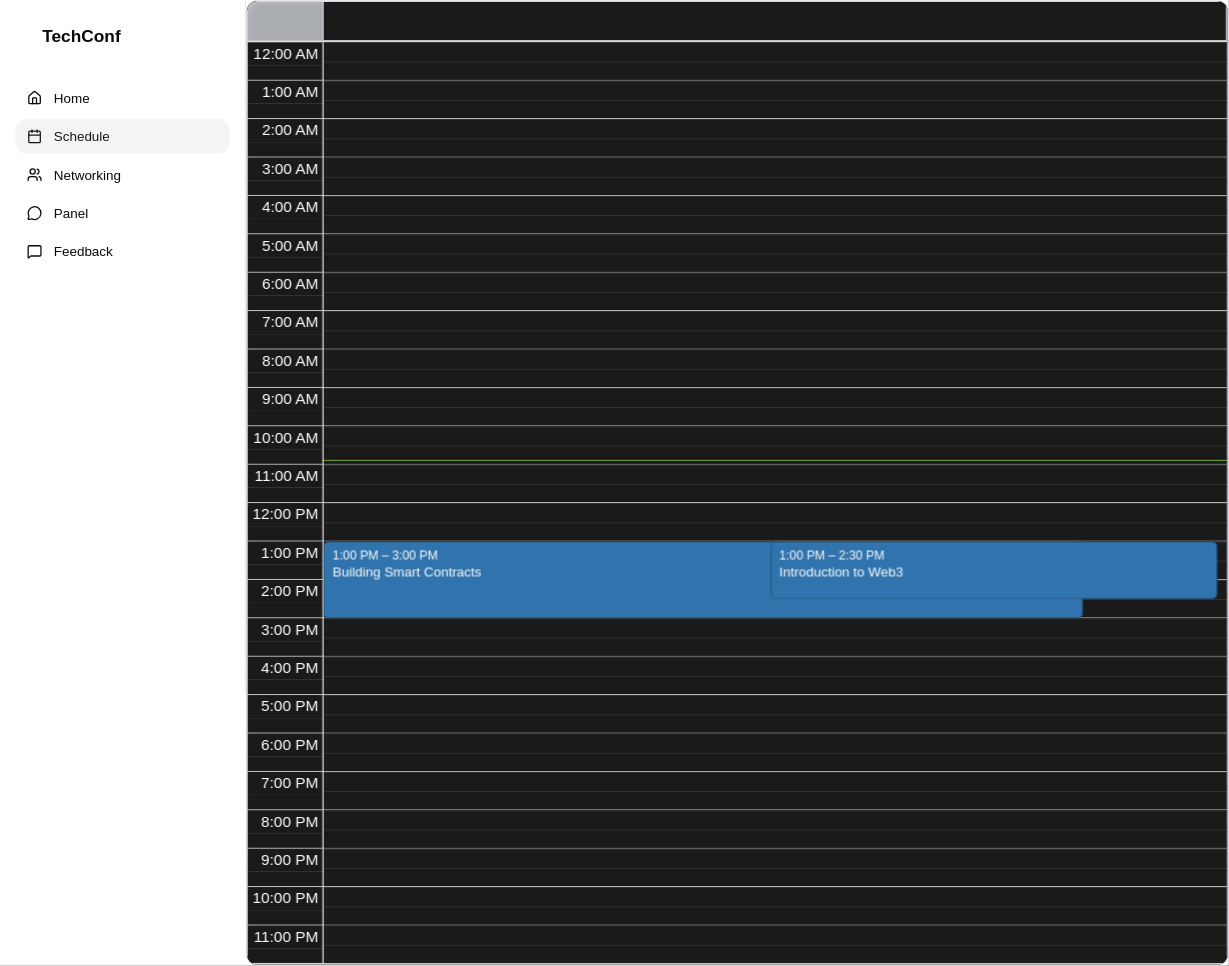
Repository: mrnavdal/symposium-2024
Page: /schedule (app in symposium24/)
These files come from the project's save history. The page is drawn as it stood at one moment and after the next save; the edit follows.
The browser window is 1280 px wide. The pictures show the whole page, at 96% of full size.
The project was rebuilt for these pictures with package versions that can differ from the ones it lists, and the page was loaded fresh each time. The framework's server and built-in components were replaced by stand-ins that run in the browser. Also part of the build but not shown: symposium24/next.config.ts.

Above is the page before, as saved 2024-11-08 13:42:05.

### symposium24/src/app/layout.tsx
import type { Metadata } from "next";
import localFont from "next/font/local";
import { ThemeProvider } from "@/components/ThemeProvider";
import { Navigation } from "@/components/Navigation";
import "./globals.css";
import '@/styles/calendar.css'

const geistSans = localFont({
  src: "./fonts/GeistVF.woff",
  variable: "--font-geist-sans",
  weight: "100 900",
});
const geistMono = localFont({
  src: "./fonts/GeistMonoVF.woff",
  variable: "--font-geist-mono",
  weight: "100 900",
});

export const metadata: Metadata = {
  title: "TechConf 2024",
  description: "Conference schedule and information",
};

export default function RootLayout({
  children,
}: Readonly<{
  children: React.ReactNode;
}>) {
  return (
    <html lang="en" suppressHydrationWarning>
      <body
        className={`${geistSans.variable} ${geistMono.variable} antialiased min-h-screen`}
      >
        <ThemeProvider
          attribute="class"
          defaultTheme="system"
          enableSystem
          disableTransitionOnChange
        >
          <Navigation />
          <main className="pb-16 md:pb-0 md:pl-64">
            {children}
          </main>
        </ThemeProvider>
      </body>
    </html>
  );
}

### symposium24/src/app/schedule/page.tsx
import { Calendar } from '@/components/Calendar'
import { PageTransition } from '@/components/PageTransition'
import { events } from '@/data/events'

export default function SchedulePage() {
  return (
    <PageTransition>

        <div className="h-full rounded-lg overflow-hidden border bg-card/50">
          <Calendar events={events} />
        </div>

    </PageTransition>
  )
}

### symposium24/src/components/ThemeProvider.tsx
'use client'

import * as React from 'react'
import { ThemeProvider as NextThemesProvider } from 'next-themes'

interface ThemeProviderProps {
  children: React.ReactNode
  attribute?: string
  defaultTheme?: string
  enableSystem?: boolean
  disableTransitionOnChange?: boolean
}

export function ThemeProvider({
  children,
  attribute,
  defaultTheme,
  enableSystem,
  disableTransitionOnChange,
}: ThemeProviderProps) {
  return (
    <NextThemesProvider
      attribute={attribute as 'class' | 'data-theme'}
      defaultTheme={defaultTheme}
      enableSystem={enableSystem}
      disableTransitionOnChange={disableTransitionOnChange}
    >
      {children}
    </NextThemesProvider>
  )
}

### symposium24/src/components/Navigation.tsx
'use client'

import { usePathname } from 'next/navigation'
import Link from 'next/link'
import { cn } from '@/lib/utils'
import {
  Home,
  Calendar,
  Users,
  MessageCircle,
  MessageSquare,
  LucideIcon
} from 'lucide-react'

interface NavItem {
  href: string
  label: string
  icon: LucideIcon
}

const navItems: NavItem[] = [
  { href: '/', label: 'Home', icon: Home },
  { href: '/schedule', label: 'Schedule', icon: Calendar },
  { href: '/networking', label: 'Networking', icon: Users },
  { href: '/discussion', label: 'Panel', icon: MessageCircle },
  { href: '/feedback', label: 'Feedback', icon: MessageSquare },
]

export function Navigation() {
  const pathname = usePathname()

  return (
    <>
      {/* Desktop Side Navigation */}
      <nav className="hidden md:flex fixed left-0 top-0 h-screen w-64 border-r bg-background p-4">
        <div className="space-y-4 w-full">
          <div className="px-3 py-2">
            <h2 className="mb-2 px-4 text-lg font-semibold">TechConf</h2>
          </div>
          <div className="space-y-1">
            {navItems.map((item) => (
              <Link
                key={item.href}
                href={item.href}
                className={cn(
                  'flex items-center gap-3 rounded-lg px-3 py-2 text-sm transition-colors',
                  pathname === item.href
                    ? 'bg-secondary text-secondary-foreground'
                    : 'hover:bg-secondary/80'
                )}
              >
                <item.icon className="h-4 w-4" />
                {item.label}
              </Link>
            ))}
          </div>
        </div>
      </nav>

      {/* Mobile Bottom Navigation */}
      <nav className="md:hidden fixed bottom-0 left-0 right-0 border-t bg-background z-50">
        <div className="flex items-center justify-around">
          {navItems.map((item) => (
            <Link
              key={item.href}
              href={item.href}
              className={cn(
                'flex flex-col items-center gap-1 p-3 text-xs',
                pathname === item.href
                  ? 'text-primary'
                  : 'text-muted-foreground'
              )}
            >
              <item.icon className="h-5 w-5" />
              <span>{item.label}</span>
            </Link>
          ))}
        </div>
      </nav>

      {/* Content Padding for Mobile Bottom Nav */}
      <div className="pb-16 md:pb-0 md:pl-64">
        {/* This div wraps the main content to provide padding */}
      </div>
    </>
  )
}

### symposium24/src/app/globals.css
@tailwind base;
@tailwind components;
@tailwind utilities;

body {
  font-family: Arial, Helvetica, sans-serif;
}

@layer base {
  :root {
    --background: 0 0% 100%;
    --foreground: 240 10% 3.9%;
    --card: 0 0% 100%;
    --card-foreground: 240 10% 3.9%;
    --popover: 0 0% 100%;
    --popover-foreground: 240 10% 3.9%;
    --primary: 240 5.9% 10%;
    --primary-foreground: 0 0% 98%;
    --secondary: 240 4.8% 95.9%;
    --secondary-foreground: 240 5.9% 10%;
    --muted: 240 4.8% 95.9%;
    --muted-foreground: 240 3.8% 46.1%;
    --accent: 240 4.8% 95.9%;
    --accent-foreground: 240 5.9% 10%;
    --destructive: 0 84.2% 60.2%;
    --destructive-foreground: 0 0% 98%;
    --border: 240 5.9% 90%;
    --input: 240 5.9% 90%;
    --ring: 240 5.9% 10%;
    --chart-1: 12 76% 61%;
    --chart-2: 173 58% 39%;
    --chart-3: 197 37% 24%;
    --chart-4: 43 74% 66%;
    --chart-5: 27 87% 67%;
    --radius: 0.75rem;
  }
  .dark {
    --background: 240 10% 3.9%;
    --foreground: 0 0% 98%;
    --card: 240 10% 3.9%;
    --card-foreground: 0 0% 98%;
    --popover: 240 10% 3.9%;
    --popover-foreground: 0 0% 98%;
    --primary: 0 0% 98%;
    --primary-foreground: 240 5.9% 10%;
    --secondary: 240 3.7% 15.9%;
    --secondary-foreground: 0 0% 98%;
    --muted: 240 3.7% 15.9%;
    --muted-foreground: 240 5% 64.9%;
    --accent: 240 3.7% 15.9%;
    --accent-foreground: 0 0% 98%;
    --destructive: 0 62.8% 30.6%;
    --destructive-foreground: 0 0% 98%;
    --border: 240 3.7% 15.9%;
    --input: 240 3.7% 15.9%;
    --ring: 240 4.9% 83.9%;
    --chart-1: 220 70% 50%;
    --chart-2: 160 60% 45%;
    --chart-3: 30 80% 55%;
    --chart-4: 280 65% 60%;
    --chart-5: 340 75% 55%;
  }
}

@layer base {
  * {
    @apply border-border;
  }
  body {
    @apply bg-background text-foreground;
  }
}

### symposium24/src/styles/calendar.css
/* Dark mode styles */
.rbc-calendar-dark {
  @apply text-white;
}

.rbc-calendar-dark .rbc-header {
  @apply bg-muted/50 border-border text-muted-foreground font-medium;
}

.rbc-calendar-dark .rbc-time-view {
  @apply border-border bg-card/50 backdrop-blur-sm;
}

.rbc-calendar-dark .rbc-time-header {
  @apply bg-muted/50 border-border;
}

.rbc-calendar-dark .rbc-time-content {
  @apply border-border;
}

.rbc-calendar-dark .rbc-time-slot {
  @apply text-muted-foreground;
}

.rbc-calendar-dark .rbc-today {
  @apply bg-muted/50;
}

.rbc-calendar-dark .rbc-current-time-indicator {
  @apply bg-primary;
}

/* General styles */
.rbc-header {
  @apply py-3 font-medium text-muted-foreground border-border bg-muted/30;
}

.rbc-time-view {
  @apply border-border bg-card/50 backdrop-blur-sm;
}

.rbc-time-header {
  @apply border-border bg-muted/30;
}

.rbc-time-content {
  @apply border-border;
}

.rbc-event {
  @apply rounded-md border shadow-sm;
}

.rbc-event-content {
  @apply text-sm font-medium;
}

.rbc-today {
  @apply bg-muted/30;
}

.rbc-current-time-indicator {
  @apply bg-primary;
}

.rbc-toolbar {
  @apply mb-4;
}

.rbc-toolbar button {
  @apply rounded-md border-border bg-card hover:bg-muted/50 transition-colors;
}

.rbc-toolbar button.rbc-active {
  @apply bg-primary text-primary-foreground hover:bg-primary/90;
}

.rbc-time-slot {
  @apply text-muted-foreground;
}

### symposium24/src/components/Calendar.tsx
'use client'

import { Calendar as BigCalendar, momentLocalizer, View } from 'react-big-calendar'
import moment from 'moment'
import { CalendarEvent } from '@/types/event'
import { cn } from '@/lib/utils'
import { useTheme } from 'next-themes'
import { useMemo } from 'react'

import 'react-big-calendar/lib/css/react-big-calendar.css'

const localizer = momentLocalizer(moment)

const eventStyleGetter = (event: CalendarEvent) => {
  const isPast = moment(event.end).isBefore(moment())
  const isOngoing = moment().isBetween(event.start, event.end)

  const baseStyle = {
    workshop: 'bg-blue-500/90 hover:bg-blue-600 border-blue-600',
    lecture: 'bg-green-500/90 hover:bg-green-600 border-green-600',
    networking: 'bg-purple-500/90 hover:bg-purple-600 border-purple-600'
  }[event.type]

  return {
    className: cn(
      baseStyle,
      'rounded-md border backdrop-blur-sm transition-colors',
      isPast && 'opacity-50 hover:opacity-70',
      isOngoing && 'ring-2 ring-yellow-400/50 shadow-lg'
    ),
    style: {
      padding: '4px 8px',
    }
  }
}

interface CalendarProps {
  events: CalendarEvent[]
}
export function Calendar({ events }: CalendarProps) {
  const { theme } = useTheme()

  console.log('Calendar events:', events)

  const calendarProps = useMemo(() => ({
    className: cn(
      'h-[700px] md:h-[800px] bg-gray-900',
      theme === 'dark' && 'rbc-calendar-dark',
    ),
    localizer,
    events,
    defaultView: 'day' as View,
    views: ['day'] as View[],
    step: 30,
    timeslots: 2,
    eventPropGetter: eventStyleGetter,
    tooltipAccessor: (event: CalendarEvent) =>
      `${event.title}\nLocation: ${event.location}\nSpeaker: ${event.speaker}`,
    dayPropGetter: () => ({
      style: {
        backgroundColor: theme === 'dark' ? '#121212' : '#1a1a1a',
        color: theme === 'dark' ? '#e5e5e5' : '#fff'
      }
    }),
    slotPropGetter: () => ({
      style: {
        backgroundColor: theme === 'dark' ? '#121212' : '#1a1a1a',
        borderColor: theme === 'dark' ? '#2a2a2a' : '#333',
        color: theme === 'dark' ? '#e5e5e5' : '#fff'
      }
    }),
    toolbar: false
  }), [events, theme])

  return <BigCalendar {...calendarProps} />
}

### symposium24/src/components/PageTransition.tsx
'use client'

import { motion } from 'framer-motion'
import { fadeIn } from '@/lib/animations'

interface PageTransitionProps {
  children: React.ReactNode
  className?: string
}

export function PageTransition({ children, className }: PageTransitionProps) {
  return (
    <motion.div
      variants={fadeIn}
      initial="initial"
      animate="animate"
      exit="exit"
      className={className}
    >
      {children}
    </motion.div>
  )
}

### symposium24/src/data/events.ts
import { CalendarEvent } from '@/types/event'

export const events: CalendarEvent[] = [
  {
    id: '1',
    title: 'Introduction to Web3',
    type: 'lecture',
    start: new Date(2024, 10, 8, 13, 0),
    end: new Date(2024, 10, 8, 14, 30),
    speaker: 'Jane Smith',
    location: 'Main Hall',
    description: 'An overview of Web3 technologies and their impact on the future of the internet.'
  },
  {
    id: '2',
    title: 'Building Smart Contracts',
    type: 'workshop',
    start: new Date(2024, 10, 8, 13, 0),
    end: new Date(2024, 10, 8, 15, 0),
    speaker: 'John Doe',
    location: 'Workshop Room A',
    description: 'Hands-on workshop on creating and deploying smart contracts.'
  },
  {
    id: '3',
    title: 'Networking Lunch',
    type: 'networking',
    start: new Date(2024, 3, 15, 12, 0),
    end: new Date(2024, 3, 15, 13, 0),
    speaker: '',
    location: 'Dining Hall',
    description: 'Network with fellow attendees over lunch.'
  }
]

### symposium24/src/lib/animations.ts
export const fadeIn = {
  initial: { opacity: 0, y: 20 },
  animate: { opacity: 1, y: 0 },
  exit: { opacity: 0, y: 20 }
}

export const staggerContainer = {
  animate: {
    transition: {
      staggerChildren: 0.1
    }
  }
}

export const slideIn = {
  initial: { x: -20, opacity: 0 },
  animate: { x: 0, opacity: 1 },
  exit: { x: 20, opacity: 0 }
}

export const scaleIn = {
  initial: { scale: 0.9, opacity: 0 },
  animate: { scale: 1, opacity: 1 },
  exit: { scale: 0.9, opacity: 0 }
}

### symposium24/tailwind.config.ts
import type { Config } from "tailwindcss";

export default {
    darkMode: ["class"],
    content: [
    "./src/pages/**/*.{js,ts,jsx,tsx,mdx}",
    "./src/components/**/*.{js,ts,jsx,tsx,mdx}",
    "./src/app/**/*.{js,ts,jsx,tsx,mdx}",
  ],
  theme: {
  	extend: {
  		colors: {
  			background: 'hsl(var(--background))',
  			foreground: 'hsl(var(--foreground))',
  			card: {
  				DEFAULT: 'hsl(var(--card))',
  				foreground: 'hsl(var(--card-foreground))'
  			},
  			popover: {
  				DEFAULT: 'hsl(var(--popover))',
  				foreground: 'hsl(var(--popover-foreground))'
  			},
  			primary: {
  				DEFAULT: 'hsl(var(--primary))',
  				foreground: 'hsl(var(--primary-foreground))'
  			},
  			secondary: {
  				DEFAULT: 'hsl(var(--secondary))',
  				foreground: 'hsl(var(--secondary-foreground))'
  			},
  			muted: {
  				DEFAULT: 'hsl(var(--muted))',
  				foreground: 'hsl(var(--muted-foreground))'
  			},
  			accent: {
  				DEFAULT: 'hsl(var(--accent))',
  				foreground: 'hsl(var(--accent-foreground))'
  			},
  			destructive: {
  				DEFAULT: 'hsl(var(--destructive))',
  				foreground: 'hsl(var(--destructive-foreground))'
  			},
  			border: 'hsl(var(--border))',
  			input: 'hsl(var(--input))',
  			ring: 'hsl(var(--ring))',
  			chart: {
  				'1': 'hsl(var(--chart-1))',
  				'2': 'hsl(var(--chart-2))',
  				'3': 'hsl(var(--chart-3))',
  				'4': 'hsl(var(--chart-4))',
  				'5': 'hsl(var(--chart-5))'
  			}
  		},
  		borderRadius: {
  			lg: 'var(--radius)',
  			md: 'calc(var(--radius) - 2px)',
  			sm: 'calc(var(--radius) - 4px)'
  		}
  	}
  },
  plugins: [
    require("tailwindcss-animate"),
    require('@tailwindcss/typography'),
  ],
} satisfies Config;

Loaded but not shown: symposium24/src/lib/utils.ts (common file)

After the next save:
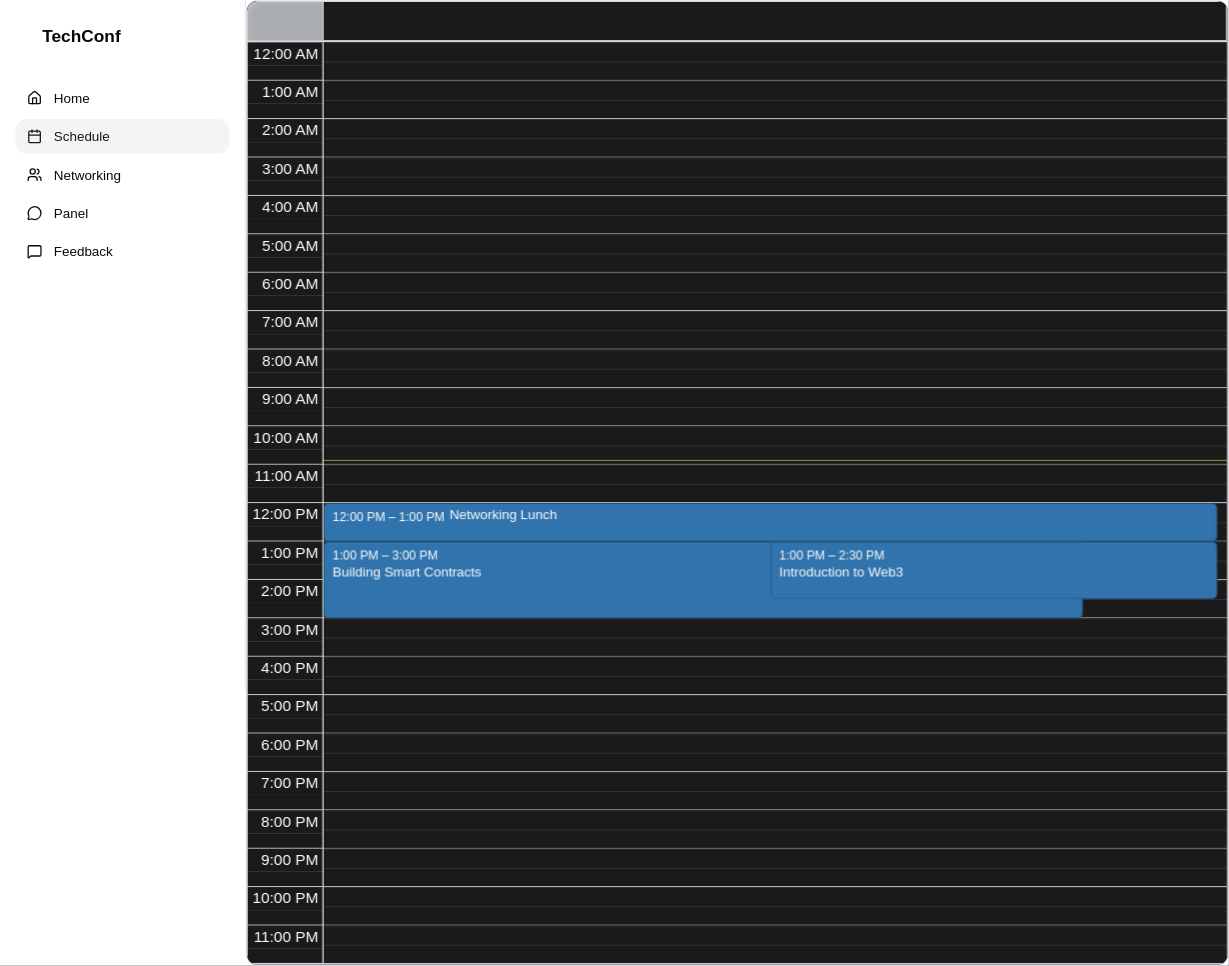
Saved 8 s later.
--- a/symposium24/src/data/events.ts
+++ b/symposium24/src/data/events.ts
@@ -25,8 +25,8 @@ export const events: CalendarEvent[] = [
     id: '3',
     title: 'Networking Lunch',
     type: 'networking',
-    start: new Date(2024, 3, 15, 12, 0),
-    end: new Date(2024, 3, 15, 13, 0),
+    start: new Date(2024, 10, 8, 12, 0),
+    end: new Date(2024, 10, 8, 13, 0),
     speaker: '',
     location: 'Dining Hall',
     description: 'Network with fellow attendees over lunch.'
